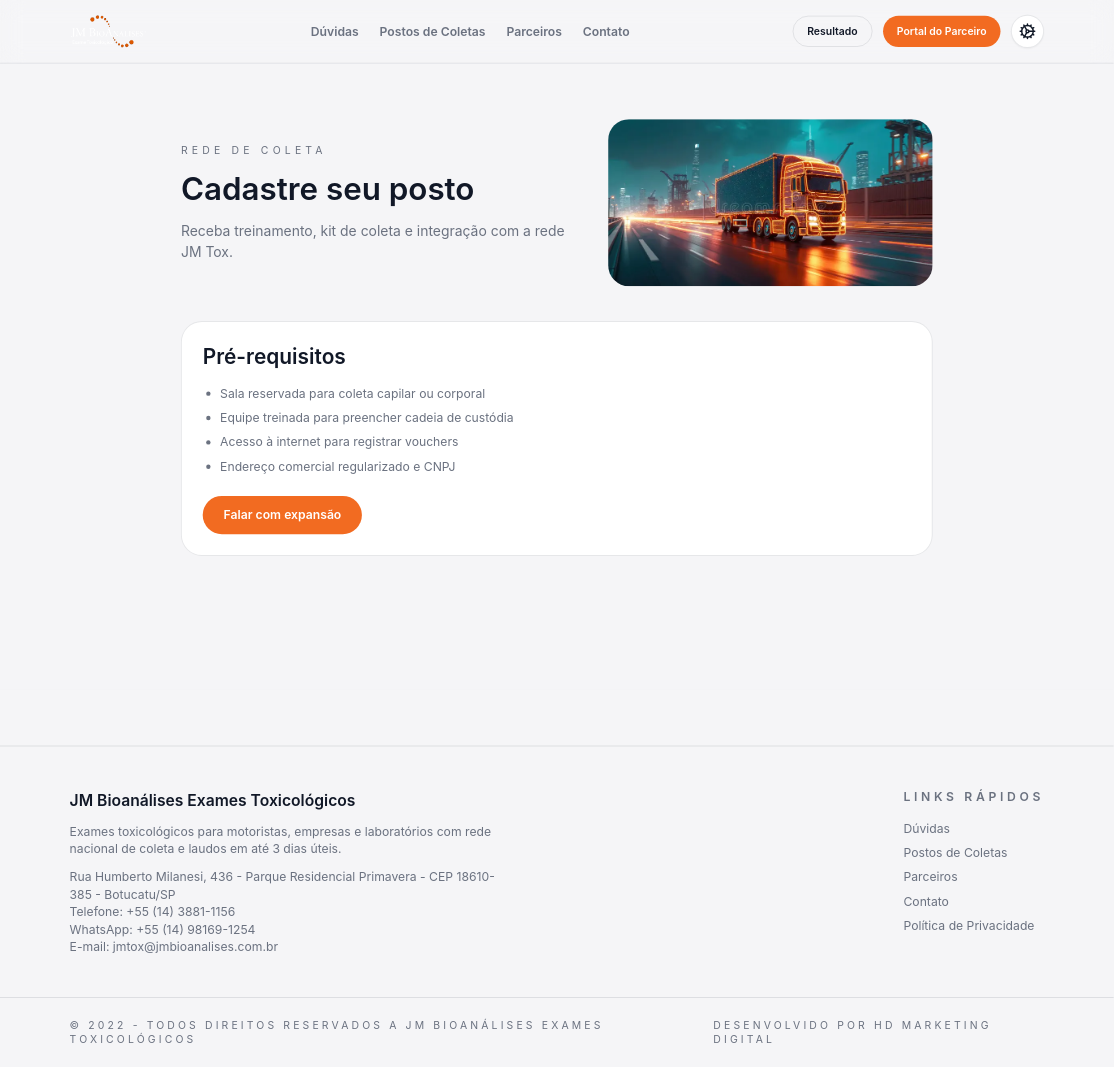
Repository: 1xLab/cat1
Page: /cadastro-postos-de-coleta
These files come from the project's save history. The page is drawn as it stood at one moment and after the next save; the edit follows.
The browser window is 1280 px wide. The pictures show the whole page, at 87% of full size.
The page's requests for data from a server got no answer. The project was rebuilt for these pictures with package versions that can differ from the ones it lists, and the page was loaded fresh each time. The framework's server and built-in components were replaced by stand-ins that run in the browser. No one was signed in, and anything a server would have sent is missing. Also part of the build but not shown: next.config.ts.

Above is the page before, as saved 2025-11-19 21:20:16.

### src/app/layout.tsx
import type { Metadata } from "next";
import { Geist, Geist_Mono } from "next/font/google";
import "./globals.css";

import { Header } from "@/components/layout/header";
import { Footer } from "@/components/layout/footer";
import { baseMetadata } from "@/lib/seo";
import { LabSchema } from "@/components/seo/lab-schema";
import { TagManager } from "@/components/analytics/tag-manager";

const geistSans = Geist({
  variable: "--font-geist-sans",
  subsets: ["latin"],
});

const geistMono = Geist_Mono({
  variable: "--font-geist-mono",
  subsets: ["latin"],
});

export const metadata: Metadata = baseMetadata;

export default function RootLayout({
  children,
}: Readonly<{
  children: React.ReactNode;
}>) {
  return (
    <html lang="pt-BR" data-theme="sunrise">
      <body className={`${geistSans.variable} ${geistMono.variable} antialiased`}>
        <TagManager />
        <LabSchema />
        <Header />
        <main className="min-h-screen bg-[var(--color-bg)] text-[var(--color-text)]">
          {children}
        </main>
        <Footer />
      </body>
    </html>
  );
}

### src/app/cadastro-postos-de-coleta/page.tsx
import Image from "next/image";
import type { Metadata } from "next";
import { Button } from "@/components/ui/button";

const requisitos = [
  "Sala reservada para coleta capilar ou corporal",
  "Equipe treinada para preencher cadeia de custódia",
  "Acesso à internet para registrar vouchers",
  "Endereço comercial regularizado e CNPJ",
];

export const metadata: Metadata = {
  title: "Cadastro de postos de coleta | JM Tox",
};

const illustration = "/imagens/truck-futuristic.jpg";

export default function CadastroPostosPage() {
  return (
    <section className="mx-auto max-w-4xl px-4 py-16">
      <div className="grid gap-6 md:grid-cols-[1fr_0.8fr] md:items-center">
        <div className="space-y-4">
          <p className="text-xs uppercase tracking-[0.4em] text-[var(--color-text-muted)]">
            Rede de coleta
          </p>
          <h1 className="text-4xl font-semibold text-[var(--color-text)]">
            Cadastre seu posto
          </h1>
          <p className="text-[var(--color-text-muted)]">
            Receba treinamento, kit de coleta e integração com a rede JM Tox.
          </p>
        </div>
        <div className="relative h-48 rounded-3xl">
          <Image
            src={illustration}
            alt="Posto de coleta moderno"
            fill
            className="rounded-3xl object-cover"
            sizes="(min-width: 768px) 350px, 100vw"
          />
        </div>
      </div>
      <div className="mt-10 rounded-3xl border border-[var(--color-outline)] bg-[var(--color-surface)] p-6">
        <h2 className="text-2xl font-semibold text-[var(--color-text)]">
          Pré-requisitos
        </h2>
        <ul className="mt-4 list-disc space-y-2 pl-5 text-sm text-[var(--color-text-muted)]">
          {requisitos.map((item) => (
            <li key={item}>{item}</li>
          ))}
        </ul>
        <Button className="mt-6" asChild>
          <a href="/contato">Falar com expansão</a>
        </Button>
      </div>
    </section>
  );
}

### src/app/globals.css
@tailwind base;
@tailwind components;
@tailwind utilities;

:root {
  --color-bg: #f5f5f7;
  --color-surface: #ffffff;
  --color-text: #111827;
  --color-text-muted: #6b7280;
  --color-primary: #f26b21;
  --color-primary-dark: #c65310;
  --color-header: #050608;
  --color-outline: rgba(15, 23, 42, 0.1);
}

[data-theme="sunrise"] {
  --color-bg: #f5f5f7;
  --color-surface: #ffffff;
  --color-text: #111827;
  --color-text-muted: #6b7280;
  --color-primary: #f26b21;
  --color-primary-dark: #c65310;
  --color-header: #050608;
}

[data-theme="midnight"] {
  --color-bg: #050608;
  --color-surface: #111827;
  --color-text: #f9fafb;
  --color-text-muted: #9ca3af;
  --color-primary: #f26b21;
  --color-primary-dark: #f26b21;
  --color-header: #000000;
  --color-outline: rgba(255, 255, 255, 0.1);
}

[data-theme="clinical"] {
  --color-bg: #f3f6fb;
  --color-surface: #ffffff;
  --color-text: #0f172a;
  --color-text-muted: #3f4d63;
  --color-primary: #2563eb;
  --color-primary-dark: #1d4ed8;
  --color-header: #0f172a;
  --color-outline: rgba(15, 23, 42, 0.08);
}

[data-theme="high-contrast"] {
  --color-bg: #000000;
  --color-surface: #000000;
  --color-text: #ffffff;
  --color-text-muted: #f3f4f6;
  --color-primary: #ffbf00;
  --color-primary-dark: #f59e0b;
  --color-header: #000000;
  --color-outline: rgba(255, 255, 255, 0.2);
}

[data-theme="dark"] {
  --color-bg: #111436;
  --color-surface: rgba(255, 255, 255, 0.08);
  --color-text: #fefefe;
  --color-text-muted: #d4ddff;
  --color-primary: #f97316;
  --color-primary-dark: #ea580c;
  --color-header: rgba(17, 20, 54, 0.9);
  --color-outline: rgba(255, 255, 255, 0.2);
}

@layer base {
  * {
    box-sizing: border-box;
  }

  body {
    background: var(--color-bg);
    color: var(--color-text);
    font-family: "Inter", system-ui, -apple-system, BlinkMacSystemFont,
      "Segoe UI", sans-serif;
    min-height: 100vh;
  }
}

@layer utilities {
  .text-balance {
    text-wrap: balance;
  }

  .glass-panel {
    background: color-mix(in srgb, var(--color-surface) 90%, transparent);
    backdrop-filter: blur(18px);
    border: 1px solid color-mix(in srgb, var(--color-outline) 80%, transparent);
    border-radius: 1.5rem;
    box-shadow: 0 15px 45px rgba(15, 23, 42, 0.12);
  }
}

### src/components/layout/header.tsx
import Image from "next/image";
import Link from "next/link";
import { ThemeSwitcher } from "@/components/theme-switcher";
import { Button } from "@/components/ui/button";

const navItems = [
  { label: "Dúvidas", href: "/duvidas-frequentes" },
  { label: "Postos de Coletas", href: "/postos-de-coletas" },
  { label: "Parceiros", href: "/parceiros" },
  { label: "Contato", href: "/contato" },
];

export function Header() {
  return (
    <header className="sticky top-0 z-40 border-b border-[var(--color-outline)] bg-[var(--color-header)]/15 backdrop-blur-md">
      <div className="container mx-auto flex max-w-6xl items-center justify-between gap-4 px-4 py-4">
        <Link href="/" className="flex items-center gap-3">
          <Image
            src="/logo-jm-bioanalises-branco.png"
            alt="JM Bioanálises"
            width={150}
            height={42}
            className="h-10 w-auto"
            priority
          />
          <span className="sr-only">JM Bioanálises</span>
        </Link>
        <nav className="hidden items-center gap-6 text-sm font-semibold text-[var(--color-text-muted)] lg:flex">
          {navItems.map((item) => (
            <Link
              key={item.href}
              href={item.href}
              className="transition hover:text-[var(--color-text)]"
            >
              {item.label}
            </Link>
          ))}
        </nav>
        <div className="flex items-center gap-3">
          <Button asChild variant="outline" size="sm">
            <Link href="/duvidas-frequentes#resultado-online">Resultado</Link>
          </Button>
          <Button asChild size="sm">
            <Link href="/parceiros">Portal do Parceiro</Link>
          </Button>
          <ThemeSwitcher />
        </div>
      </div>
      <div className="border-t border-[var(--color-outline)] bg-[var(--color-header)] px-4 py-3 lg:hidden">
        <nav className="flex flex-wrap gap-3 text-sm font-semibold text-[var(--color-text-muted)]">
          {navItems.map((item) => (
            <Link
              key={item.href}
              href={item.href}
              className="rounded-full border border-gray-600 px-3 py-1 transition hover:border-[var(--color-primary)] hover:text-white"
            >
              {item.label}
            </Link>
          ))}
        </nav>
      </div>
    </header>
  );
}

### src/components/layout/footer.tsx
import Link from "next/link";

import { siteConfig } from "@/lib/site";

const quickLinks = [
  { label: "Dúvidas", href: "/duvidas-frequentes" },
  { label: "Postos de Coletas", href: "/postos-de-coletas" },
  { label: "Parceiros", href: "/parceiros" },
  { label: "Contato", href: "/contato" },
  { label: "Política de Privacidade", href: "/politica-de-privacidade" },
];

export function Footer() {
  return (
    <footer className="mt-16 border-t border-[var(--color-outline)] bg-[var(--color-surface)]/95">
      <div className="mx-auto flex max-w-6xl flex-col gap-8 px-4 py-12 md:flex-row md:justify-between">
        <div className="max-w-lg space-y-3">
          <p className="text-lg font-semibold text-[var(--color-text)]">
            {siteConfig.name}
          </p>
          <p className="text-sm text-[var(--color-text-muted)]">
            {siteConfig.description}
          </p>
          <div className="text-sm text-[var(--color-text-muted)]">
            <p>{siteConfig.address}</p>
            <p>Telefone: {siteConfig.contacts.phone}</p>
            <p>WhatsApp: {siteConfig.contacts.mobile}</p>
            <p>E-mail: {siteConfig.contacts.email}</p>
          </div>
        </div>
        <div>
          <p className="text-sm font-semibold uppercase tracking-[0.3em] text-[var(--color-text-muted)]">
            Links rápidos
          </p>
          <ul className="mt-4 space-y-2 text-sm">
            {quickLinks.map((link) => (
              <li key={link.href}>
                <Link
                  href={link.href}
                  className="text-[var(--color-text-muted)] transition hover:text-[var(--color-text)]"
                >
                  {link.label}
                </Link>
              </li>
            ))}
          </ul>
        </div>
      </div>
      <div className="border-t border-[var(--color-outline)]">
        <div className="mx-auto flex max-w-6xl flex-col gap-2 px-4 py-6 text-xs uppercase tracking-[0.3em] text-[var(--color-text-muted)] md:flex-row md:items-center md:justify-between">
          <p>
            © 2022 - Todos Direitos Reservados a JM Bioanálises Exames Toxicológicos
          </p>
          <p>Desenvolvido por HD Marketing Digital</p>
        </div>
      </div>
    </footer>
  );
}

### src/lib/seo.ts
import type { Metadata } from "next";
import { siteConfig } from "./site";

type SEOParams = {
  title?: string;
  description?: string;
  path?: string;
};

export const baseMetadata: Metadata = {
  metadataBase: new URL(siteConfig.url),
  title: {
    default: `${siteConfig.name} | Laboratório de Toxicologia`,
    template: `%s | ${siteConfig.name}`,
  },
  description: siteConfig.description,
  openGraph: {
    type: "website",
    url: siteConfig.url,
    title: siteConfig.name,
    description: siteConfig.description,
    images: [
      {
        url: siteConfig.ogImage,
        width: 1200,
        height: 630,
        alt: siteConfig.name,
      },
    ],
  },
  twitter: {
    card: "summary_large_image",
    title: siteConfig.name,
    description: siteConfig.description,
    images: [siteConfig.ogImage],
  },
  icons: {
    icon: "/favicon.ico",
  },
};

export const generatePageMetadata = ({
  title,
  description,
  path = "",
}: SEOParams): Metadata => ({
  ...baseMetadata,
  title,
  description,
  alternates: {
    canonical: path ? `${siteConfig.url}${path}` : siteConfig.url,
  },
});

### src/components/seo/lab-schema.tsx
export function LabSchema() {
  const jsonLd = {
    "@context": "https://schema.org",
    "@type": "MedicalOrganization",
    name: "JM Bioanálises Exames Toxicológicos",
    url: "https://jmtox.com.br",
    address: {
      "@type": "PostalAddress",
      streetAddress:
        "Rua Humberto Milanesi, 436 - Parque Residencial Primavera",
      addressLocality: "Botucatu",
      addressRegion: "SP",
      postalCode: "18610-385",
      addressCountry: "BR",
    },
    contactPoint: {
      "@type": "ContactPoint",
      telephone: "+55-14-3881-1156",
      contactType: "customer service",
      availableLanguage: ["Portuguese", "English"],
    },
    sameAs: ["https://www.linkedin.com/company/jmbioanalises"],
    medicalSpecialty: ["Toxicologic"],
  };

  return (
    <script
      type="application/ld+json"
      dangerouslySetInnerHTML={{ __html: JSON.stringify(jsonLd) }}
    />
  );
}

### src/components/analytics/tag-manager.tsx
"use client";

import Script from "next/script";

export function TagManager() {
  const id = process.env.NEXT_PUBLIC_GTM_ID;
  if (!id) return null;

  return (
    <>
      <Script id="gtm-loader">
        {`
          (function(w,d,s,l,i){w[l]=w[l]||[];w[l].push({'gtm.start':
          new Date().getTime(),event:'gtm.js'});var f=d.getElementsByTagName(s)[0],
          j=d.createElement(s),dl=l!='dataLayer'?'&l='+l:'';j.async=true;j.src=
          'https://www.googletagmanager.com/gtm.js?id='+i+dl;f.parentNode.insertBefore(j,f);
          })(window,document,'script','dataLayer','${id}');
        `}
      </Script>
      <noscript>
        <iframe
          src={`https://www.googletagmanager.com/ns.html?id=${id}`}
          height="0"
          width="0"
          style={{ display: "none", visibility: "hidden" }}
        />
      </noscript>
    </>
  );
}

### src/components/ui/button.tsx
"use client";

import * as React from "react";
import { Slot } from "@radix-ui/react-slot";
import { cva, type VariantProps } from "class-variance-authority";

import { cn } from "@/lib/utils";

const buttonVariants = cva(
  "inline-flex items-center justify-center whitespace-nowrap rounded-full text-sm font-semibold transition focus-visible:outline-none focus-visible:ring-2 focus-visible:ring-[var(--color-primary)] disabled:pointer-events-none disabled:opacity-60",
  {
    variants: {
      variant: {
        default:
          "bg-[var(--color-primary)] text-white hover:bg-[var(--color-primary-dark)]",
        secondary:
          "bg-[var(--color-surface)] text-[var(--color-text)] border border-[var(--color-outline)] hover:border-[var(--color-primary)]",
        outline:
          "border border-[var(--color-outline)] text-[var(--color-text)] hover:border-[var(--color-primary)] hover:text-[var(--color-text)]",
        ghost: "text-[var(--color-text)] hover:bg-[var(--color-outline)]/30",
        link: "underline-offset-4 text-[var(--color-primary)] hover:underline",
      },
      size: {
        default: "h-11 px-6",
        sm: "h-9 px-4 text-xs",
        lg: "h-12 px-8 text-base",
        icon: "h-10 w-10",
      },
    },
    defaultVariants: {
      variant: "default",
      size: "default",
    },
  }
);

export interface ButtonProps
  extends React.ButtonHTMLAttributes<HTMLButtonElement>,
    VariantProps<typeof buttonVariants> {
  asChild?: boolean;
}

const Button = React.forwardRef<HTMLButtonElement, ButtonProps>(
  ({ className, variant, size, asChild = false, ...props }, ref) => {
    const Comp = asChild ? Slot : "button";
    return (
      <Comp
        className={cn(buttonVariants({ variant, size, className }))}
        ref={ref}
        {...props}
      />
    );
  }
);
Button.displayName = "Button";

export { Button, buttonVariants };

### src/components/theme-switcher.tsx
"use client";

import { useEffect, useState } from "react";
import { Cog, Check } from "lucide-react";
import { cn } from "@/lib/utils";

const themes = [
  { id: "sunrise", name: "Sunrise Light", description: "Luz natural com laranja vibrante." },
  { id: "midnight", name: "Midnight Dark", description: "Interface escura para salas de comando." },
  { id: "clinical", name: "Clinical Light", description: "Azul clínico com fundos neutros." },
  { id: "high-contrast", name: "High Contrast", description: "Alto contraste para máxima leitura." },
];

function applyThemeValue(
  value: string,
  setTheme: (theme: string) => void
) {
  const next = themes.find((item) => item.id === value) ? value : "sunrise";
  setTheme(next);
  document.documentElement.setAttribute("data-theme", next);
  try {
    localStorage.setItem("jmbio-theme", next);
  } catch {
    /* ignore */
  }
}

export function ThemeSwitcher() {
  const [open, setOpen] = useState(false);
  const [theme, setTheme] = useState("sunrise");

  useEffect(() => {
    let stored = "sunrise";
    try {
      stored = localStorage.getItem("jmbio-theme") || "sunrise";
    } catch {
      stored = "sunrise";
    }
    applyThemeValue(stored, setTheme);
  }, []);

  function apply(value: string) {
    applyThemeValue(value, setTheme);
  }

  return (
    <div className="relative">
      <button
        aria-label="Alterar tema do site"
        className="rounded-full border border-[var(--color-outline)] bg-[var(--color-surface)] p-2 text-[var(--color-text)] shadow-sm transition hover:shadow-md"
        onClick={() => setOpen((prev) => !prev)}
      >
        <Cog className="h-5 w-5" />
      </button>
      {open && (
        <div className="absolute right-0 z-50 mt-3 w-64 rounded-2xl border border-[var(--color-outline)] bg-[var(--color-surface)] p-4 shadow-xl">
          <p className="text-xs font-semibold uppercase tracking-[0.3em] text-[var(--color-text-muted)]">
            Temas
          </p>
          <div className="mt-3 space-y-2">
            {themes.map((item) => (
              <button
                key={item.id}
                className={cn(
                  "flex w-full items-start gap-2 rounded-2xl border border-transparent p-3 text-left transition hover:border-[var(--color-outline)]",
                  theme === item.id && "border-[var(--color-primary)] bg-[var(--color-primary)]/10"
                )}
                onClick={() => apply(item.id)}
              >
                <span className="mt-1 text-[var(--color-primary)]">
                  {theme === item.id ? <Check className="h-4 w-4" /> : <span className="block h-4 w-4 rounded-full border border-[var(--color-outline)]" />}
                </span>
                <span>
                  <span className="font-semibold text-[var(--color-text)]">{item.name}</span>
                  <span className="block text-xs text-[var(--color-text-muted)]">{item.description}</span>
                </span>
              </button>
            ))}
          </div>
        </div>
      )}
    </div>
  );
}

### src/lib/site.ts
export const siteConfig = {
  name: "JM Bioanálises Exames Toxicológicos",
  description:
    "Exames toxicológicos para motoristas, empresas e laboratórios com rede nacional de coleta e laudos em até 3 dias úteis.",
  url: "https://jmtox.com.br",
  ogImage: "/logo-jm-bioanalises-branco.png",
  social: {
    linkedin: "https://www.linkedin.com/company/jmbioanalises",
    whatsapp: "https://api.whatsapp.com/send?phone=5514981691254",
  },
  contacts: {
    phone: "+55 (14) 3881-1156",
    mobile: "+55 (14) 98169-1254",
    email: "jmtox@jmbioanalises.com.br",
  },
  address:
    "Rua Humberto Milanesi, 436 - Parque Residencial Primavera - CEP 18610-385 - Botucatu/SP",
};

export type SiteConfig = typeof siteConfig;

### src/lib/utils.ts
import { type ClassValue, clsx } from "clsx";
import { twMerge } from "tailwind-merge";

export function cn(...inputs: ClassValue[]) {
  return twMerge(clsx(inputs));
}

export function formatPhone(phone: string) {
  const digits = phone.replace(/\D/g, "");
  const match = digits.match(/^(\d{2})(\d{5})(\d{4})$/);
  if (!match) return phone;
  return `(${match[1]}) ${match[2]}-${match[3]}`;
}

export function slugify(value: string) {
  return value
    .toLowerCase()
    .normalize("NFD")
    .replace(/[\u0300-\u036f]/g, "")
    .replace(/[^a-z0-9]+/g, "-")
    .replace(/(^-|-$)+/g, "");
}

export function formatIsoDate(date: string) {
  return new Date(date).toLocaleDateString("pt-BR", {
    day: "2-digit",
    month: "short",
    year: "numeric",
  });
}

### tailwind.config.ts
import type { Config } from "tailwindcss";
import { fontFamily } from "tailwindcss/defaultTheme";
import animate from "tailwindcss-animate";

const config: Config = {
  darkMode: ["class"],
  content: ["./src/**/*.{ts,tsx}"],
  theme: {
    container: {
      center: true,
      padding: {
        DEFAULT: "1.5rem",
        md: "2rem",
      },
      screens: {
        "2xl": "1320px",
      },
    },
    extend: {
      colors: {
        border: "hsl(var(--border))",
        input: "hsl(var(--input))",
        ring: "hsl(var(--ring))",
        background: "hsl(var(--background))",
        foreground: "hsl(var(--foreground))",
        primary: {
          DEFAULT: "hsl(var(--primary))",
          foreground: "hsl(var(--primary-foreground))",
        },
        secondary: {
          DEFAULT: "hsl(var(--secondary))",
          foreground: "hsl(var(--secondary-foreground))",
        },
        muted: {
          DEFAULT: "hsl(var(--muted))",
          foreground: "hsl(var(--muted-foreground))",
        },
        accent: {
          DEFAULT: "hsl(var(--accent))",
          foreground: "hsl(var(--accent-foreground))",
        },
        destructive: {
          DEFAULT: "hsl(var(--destructive))",
          foreground: "hsl(var(--destructive-foreground))",
        },
        card: {
          DEFAULT: "hsl(var(--card))",
          foreground: "hsl(var(--card-foreground))",
        },
      },
      borderRadius: {
        lg: "var(--radius)",
        md: "calc(var(--radius) - 2px)",
        sm: "calc(var(--radius) - 4px)",
      },
      fontFamily: {
        sans: ["var(--font-geist-sans)", ...fontFamily.sans],
        mono: ["var(--font-geist-mono)", ...fontFamily.mono],
      },
      backgroundImage: {
        "grid-fade":
          "radial-gradient(circle at 20% 20%, hsla(var(--primary),0.25), transparent 55%), radial-gradient(circle at 80% 0%, hsla(var(--accent),0.3), transparent 60%)",
      },
    },
  },
  plugins: [animate],
};

export default config;

After the next save:
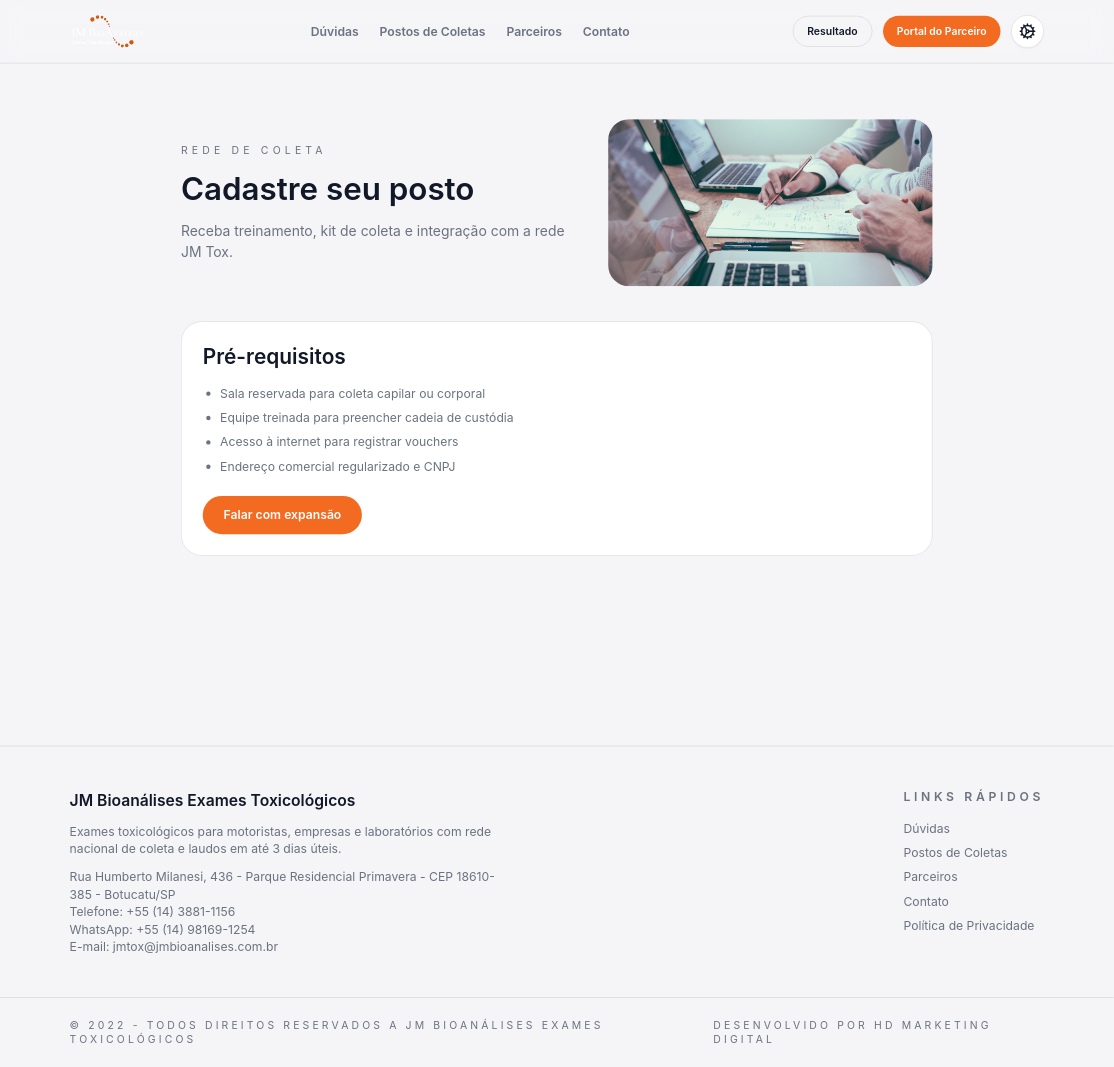
Saved 7 s later.
--- a/src/app/cadastro-postos-de-coleta/page.tsx
+++ b/src/app/cadastro-postos-de-coleta/page.tsx
@@ -13,7 +13,7 @@ export const metadata: Metadata = {
   title: "Cadastro de postos de coleta | JM Tox",
 };
 
-const illustration = "/imagens/truck-futuristic.jpg";
+const illustration = "/imagens/illustration-cadastro.jpg";
 
 export default function CadastroPostosPage() {
   return (
